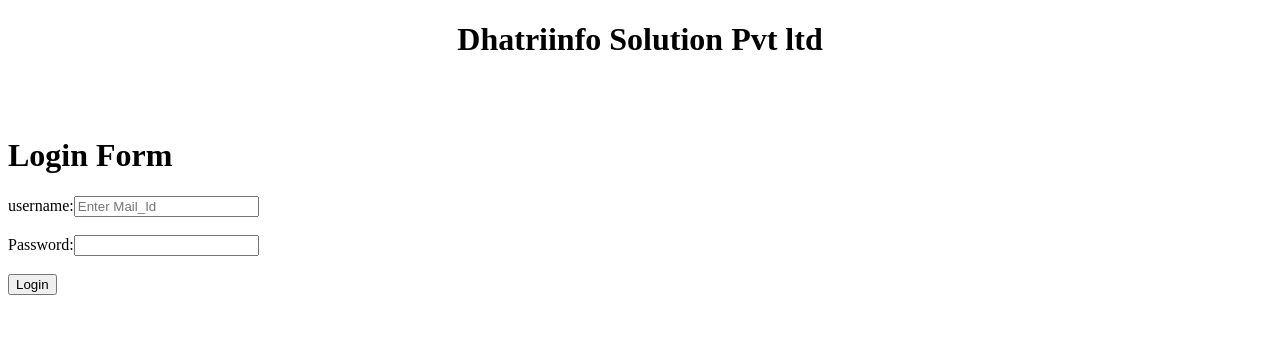
Repository: AbubakarShaik/Java_J2EE_Project
Page: http://localhost/com.testprojectServlet/login.jsp
The author's editor kept a copy of each file at every save. The page is drawn from the files as they stood at one save, then again after the next save.
The browser window is 1280 px wide. The pictures show the whole page.
The page is served by Tomcat 9. Other server files are loaded and not shown.

Above is the page before, as saved 2016-12-22 09:09:58.

### com.testprojectServlet/WebContent/login.jsp
<%@ page language="java" contentType="text/html; charset=ISO-8859-1"
    pageEncoding="ISO-8859-1"%>
<!DOCTYPE html PUBLIC "-//W3C//DTD HTML 4.01 Transitional//EN" "http://www.w3.org/TR/html4/loose.dtd">
<html>
<head>
<meta http-equiv="Content-Type" content="text/html; charset=ISO-8859-1">
<title>login</title>
</head>
<center>
<h1>Dhatriinfo Solution Pvt ltd </h1>
</center>
<br>
</br>
<h1>Login Form</h1>
<body>

<div>

<td>username:<input type="text" name="UserName" placeholder="Enter Mail_Id"></td>
<br>
</br>
<td>Password:<input type="text" name="Password"></td>
<br>
</br>
<td> <input type="Submit" value="Login"> </td>


</div>
</body>
</html>

After the next save:
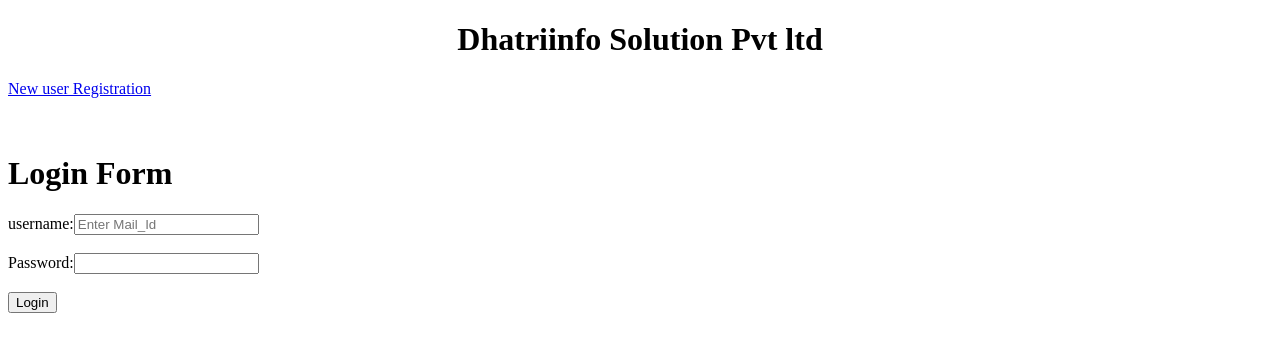
Saved 65 s later.
--- a/com.testprojectServlet/WebContent/login.jsp
+++ b/com.testprojectServlet/WebContent/login.jsp
@@ -9,6 +9,7 @@
 <center>
 <h1>Dhatriinfo Solution Pvt ltd </h1>
 </center>
+<a href="Registration.jsp"> New user Registration</a><br>
 <br>
 </br>
 <h1>Login Form</h1>
